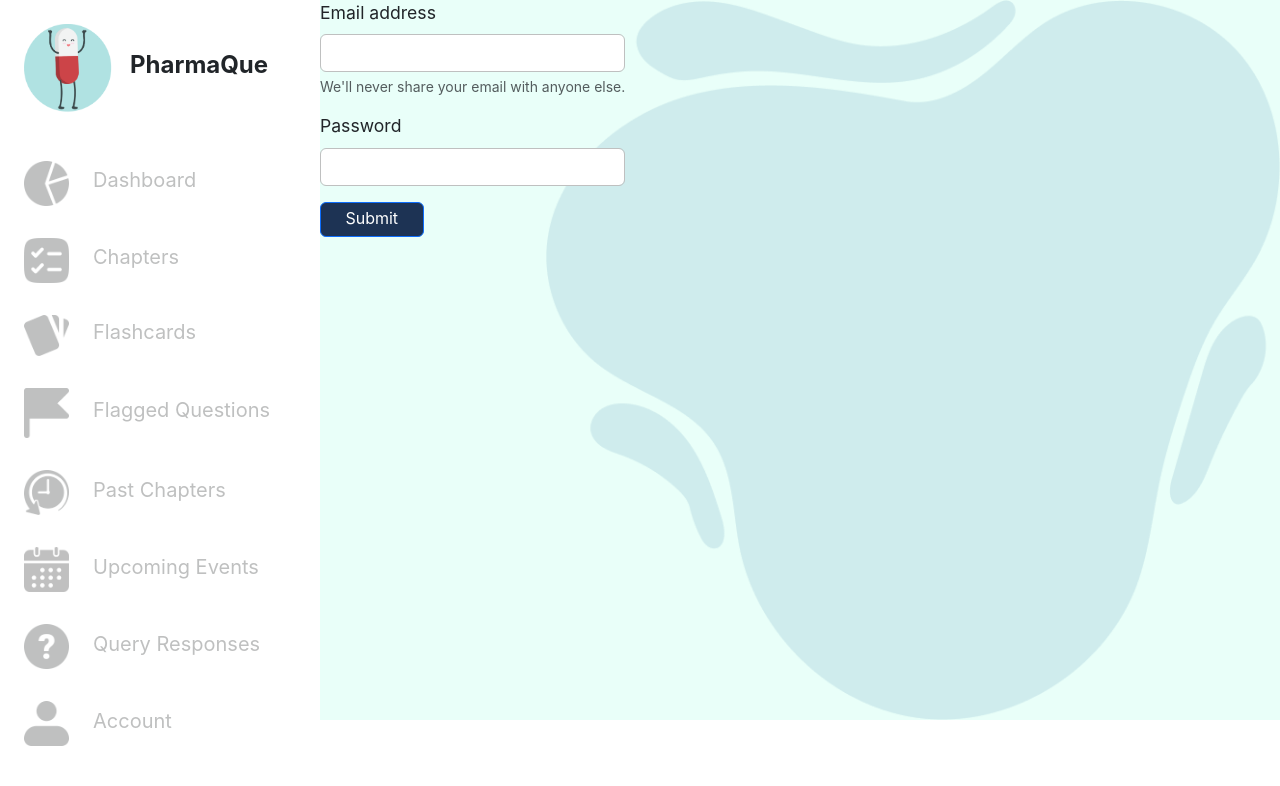
Repository: Kronium345/new_pharmaque_web_app
Page: /chat-room
These files come from the project's save history. The page is drawn as it stood at one moment and after the next save; the edit follows.
The browser window is 1280 px wide. The pictures show the whole page.
The page's requests for data from a server got no answer. The project was rebuilt for these pictures with package versions that can differ from the ones it lists, and the page was loaded fresh each time. No one was signed in, and anything a server would have sent is missing. Also part of the build but not shown: src/pages/Login.js, src/pages/MyAccount.js, src/pages/UpcomingEvents.js, src/pages/UpcomingEvents2.js, src/pages/Chapters.js, src/pages/Dashboard.js, src/pages/FlaggedQuestions.js, src/pages/FlashcardQuestion.js and 33 more.

Above is the page before, as saved 2024-03-10 21:39:42.

### public/index.html
<!DOCTYPE html>
<html lang="en">
  <head>
    <meta charset="utf-8" />
    <link rel="icon" type="image/x-icon" href="images/favicon.ico">
    <link href="https://cdn.jsdelivr.net/npm/bootstrap@5.3.2/dist/css/bootstrap.min.css" rel="stylesheet" integrity="sha384-T3c6CoIi6uLrA9TneNEoa7RxnatzjcDSCmG1MXxSR1GAsXEV/Dwwykc2MPK8M2HN" crossorigin="anonymous">
    <link href="style.css" rel="stylesheet">
    <meta name="viewport" content="width=device-width, initial-scale=1" />
    <meta name="theme-color" content="#000000" />
    <meta
      name="description"
      content="Web site created using create-react-app"
    />
    <link rel="apple-touch-icon" href="%PUBLIC_URL%/logo192.png" />
    <!--
      manifest.json provides metadata used when your web app is installed on a
      user's mobile device or desktop. See https://developers.google.com/web/fundamentals/web-app-manifest/
    -->
    <link rel="manifest" href="%PUBLIC_URL%/manifest.json" />
    <!--
      Notice the use of %PUBLIC_URL% in the tags above.
      It will be replaced with the URL of the `public` folder during the build.
      Only files inside the `public` folder can be referenced from the HTML.

      Unlike "/favicon.ico" or "favicon.ico", "%PUBLIC_URL%/favicon.ico" will
      work correctly both with client-side routing and a non-root public URL.
      Learn how to configure a non-root public URL by running `npm run build`.
    -->
    <title>PharmaQue Web App</title>
  </head>
  <body>
    <noscript>You need to enable JavaScript to run this app.</noscript>
    <div id="root"></div>
    <!--
      This HTML file is a template.
      If you open it directly in the browser, you will see an empty page.

      You can add webfonts, meta tags, or analytics to this file.
      The build step will place the bundled scripts into the <body> tag.

      To begin the development, run `npm start` or `yarn start`.
      To create a production bundle, use `npm run build` or `yarn build`.
    -->

    <script src = "script.js"></script>
  </body>
</html>

### src/App.js
import Login from "./pages/Login";
import MyAccount from "./pages/MyAccount";
import UpcomingEvents from "./pages/UpcomingEvents";
import UpcomingEvents2 from "./pages/UpcomingEvents2";
import Chapters from "./pages/Chapters";
import Dashboard from "./pages/Dashboard";
import FlaggedQuestions from "./pages/FlaggedQuestions";
import FlashcardQuestion from "./pages/FlashcardQuestion";
import Flashcards from "./pages/Flashcards";
import ForgotPassword from "./pages/ForgotPassword";
import ForgotPassword2 from "./pages/ForgotPassword2";
import ForgotPassword3 from "./pages/ForgotPassword3";
import ForgotPassword4 from "./pages/ForgotPassword4";
import ResetPassword from "./pages/ResetPassword";
import PastChapters from "./pages/PastChapters";
import QueryResponses from "./pages/QueryResponses";
import CardioQuestion from "./pages/CardioQuestion";
import Results from "./pages/Results";
import SignUp from "./pages/SignUp";
import SignUp2 from "./pages/SignUp2";
import SignUp3 from "./pages/SignUp3";
import SignUp4 from "./pages/SignUp4";
import SignUp5 from "./pages/SignUp5";
// import QuizView from './pages/QuizView/QuizView';
// import ScoreView from './pages/ScoreView/ScoreView';
// import PastChapters from "./pages/PastChapters";

import { BrowserRouter as Router, Route, Routes } from "react-router-dom";
import "./App.css";
import CNSQuestion from "./pages/CNSQuestion";
import InfectionQuestion from "./pages/InfectionQuestion";
import RespiratoryQuestion from "./pages/RespiratoryQuestion";
import EndocrineQuestion from "./pages/EndocrineQuestion";
import AnaesthesiaQuestion from "./pages/AnaesthesiaQuestion";
import SkinQuestion from "./pages/SkinQuestion";
import NBQuestion from "./pages/NBQuestion";
import OphthalmologyQuestion from "./pages/OphthalmologyQuestion";
import MDIQuestion from "./pages/MDIQuestion";
import OGUQuestion from "./pages/OGUQuestion";
import MSKQuestion from "./pages/MSKQuestion";
import IPVQuestion from "./pages/IPVQuestion";
import ChatRoom from "./pages/ChatRoom";

function App() {
  return (
    <Router>
      <Routes>
        <Route exact path="/" Component={Login} />
        <Route path="/myaccount" Component={MyAccount} />
        <Route path="/upcomingevents" Component={UpcomingEvents} />
        <Route path="/upcomingevents2" Component={UpcomingEvents2} />
        <Route path="/chapters" Component={Chapters} />
        <Route path="/dashboard" Component={Dashboard} />
        <Route path="/flaggedquestions" Component={FlaggedQuestions} />
        <Route path="/flashcardquestion" Component={FlashcardQuestion} />
        <Route path="/flashcards" Component={Flashcards} />
        <Route path="/forgotpassword" Component={ForgotPassword} />
        <Route path="/forgotpassword2" Component={ForgotPassword2} />
        <Route path="/forgotpassword3" Component={ForgotPassword3} />
        <Route path="/forgotpassword4" Component={ForgotPassword4} />
        <Route path="/resetpassword/:token" Component={ResetPassword} />
        <Route path="/pastchapters" Component={PastChapters} />
        <Route path="/queryresponses" Component={QueryResponses} />
        <Route path="/cardioquestion" Component={CardioQuestion} />
        <Route path="/cnsquestion" Component={CNSQuestion} />
        <Route path="/infectionquestion" Component={InfectionQuestion} />
        <Route path="/respiratoryquestion" Component={RespiratoryQuestion} />
        <Route path="/endocrinequestion" Component={EndocrineQuestion} />
        <Route path="/anaesthesiaquestion" Component={AnaesthesiaQuestion} />
        <Route path="/skinquestion" Component={SkinQuestion} />
        <Route path="/nbquestion" Component={NBQuestion} />
        <Route
          path="/ophthalmologyquestion"
          Component={OphthalmologyQuestion}
        />
        <Route path="/mdiquestion" Component={MDIQuestion} />
        <Route path="/oguquestion" Component={OGUQuestion} />
        <Route path="/mskquestion" Component={MSKQuestion} />
        <Route path="/ipvquestion" Component={IPVQuestion} />
        <Route path="/results" Component={Results} />
        <Route path="/signup" Component={SignUp} />
        <Route path="/signup2" Component={SignUp2} />
        <Route path="/signup3" Component={SignUp3} />
        <Route path="/signup4" Component={SignUp4} />
        <Route path="/signup5" Component={SignUp5} />
        <Route path="/chat-room" Component={ChatRoom} />
      </Routes>
    </Router>
  );
}

export default App;

### src/pages/ChatRoom.js
// import React from "react";
// import "./chatRoom.scss";

// export default function ChatRoom() {
//   return (
//     <div class="chat">
//       <div class="contact bar">
//         <div class="name">Tony Stark</div>
//         <div class="seen">Today at 12:56</div>
//       </div>
//       <div class="messages" id="chat">
//         {/* <div class="time">Today at 11:41</div> */}
//         <div class="message parker">Hey, man! What's up, Mr Stark? 👋</div>
//         <div class="message stark">Kid, where'd you come from?</div>
//         <div class="message parker">Field trip! 🤣</div>
//         <div class="message parker">
//           Uh, what is this guy's problem, Mr. Stark? 🤔
//         </div>
//         <div class="message stark">
//           Uh, he's from space, he came here to steal a necklace from a wizard.
//         </div>
//       </div>
//       <div class="input">
//         <input placeholder="Type your message here!" type="text" />
//         <button className="btn send-button">Send</button>
//       </div>
//     </div>
//   );
// }

import axios from "axios";
import React, { useEffect } from "react";
import { useNavigate, Link } from "react-router-dom";

import "./chatRoom.scss";

const ChatRoom = () => {
  const navigate = useNavigate("");
  const [joined, setJoined] = React.useState(false);

  axios.defaults.withCredentials = true;
  useEffect(() => {
    axios.get("http://localhost:7171/auth/verify").then((res) => {
      if (res.data.status) {
      } else {
        navigate("/myaccount");
      }
    });
  }, []);

  return (
    <main>
      <div class="container-fluid p-0">
        <div class="row g-0">
          <div class="col-sm-3 leftnavigation p-4">
            <Link class="navbar-brand" to="/flaggedquestions">
              <img src="images/Logo.png" alt="PharmaQue Logo" class="logo1" />
              <span class="fs-4 fw-bold mx-3">PharmaQue</span>
            </Link>
            <Link to="/dashboard" class="removeunderline inactivelink">
              <p class="pt-5 pb-3 m-0">
                <img
                  src="images/DashboardGrey.png"
                  class="navigationicon"
                  alt="navigation"
                />
                <span class="fs-5 navigationoption mx-4">Dashboard</span>
              </p>
            </Link>
            <Link to="/chapters" class="removeunderline inactivelink">
              <p class="py-3 m-0">
                <img
                  src="images/ChaptersGrey.png"
                  class="navigationicon"
                  alt="navigation"
                />
                <span class="fs-5 navigationoption mx-4">Chapters</span>
              </p>
            </Link>
            <Link to="/flashcards" class="removeunderline inactivelink">
              <p class="py-3 m-0">
                <img
                  src="images/FlashcardsGrey.png"
                  class="navigationicon"
                  alt="navigation"
                />
                <span class="fs-5 navigationoption mx-4">Flashcards</span>
              </p>
            </Link>
            <Link to="/flaggedquestions" class="removeunderline inactivelink">
              <p class="py-3 m-0">
                <img
                  src="/images/FlaggedQuestionsGrey.png"
                  class="navigationicon"
                  alt="navigation"
                />
                <span class="fs-5 navigationoption mx-4">
                  Flagged Questions
                </span>
              </p>
            </Link>
            <Link to="/pastchapters" class="removeunderline inactivelink">
              <p class="py-3 m-0">
                <img
                  src="images/PastChaptersGrey.png"
                  class="navigationicon"
                  alt="navigation"
                />
                <span class="fs-5 navigationoption mx-4">Past Chapters</span>
              </p>
            </Link>
            <Link to="/upcomingevents" class="removeunderline inactivelink">
              <p class="py-3 m-0">
                <img
                  src="images/UpcomingEventsGrey.png"
                  class="navigationicon"
                  alt="navigation"
                />
                <span class="fs-5 navigationoption mx-4">Upcoming Events</span>
              </p>
            </Link>
            <Link to="/queryresponses" class="removeunderline inactivelink">
              <p class="py-3 m-0">
                <img
                  src="images/QueryResponsesGrey.png"
                  class="navigationicon"
                  alt="navigation"
                />
                <span class="fs-5 navigationoption mx-4">Query Responses</span>
              </p>
            </Link>
            <Link to="/myaccount" class="removeunderline inactivelink">
              <p class="py-3 m-0">
                <img
                  src="images/AccountGrey.png"
                  class="navigationicon"
                  alt="navigation"
                />
                <span class="fs-5 navigationoption mx-4">Account</span>
              </p>
            </Link>
          </div>
          <div className="col-sm-12 col-md-9">
            {joined ? (
              <div class="chat">
                <div class="contact bar">
                  <div class="name">Tony Stark</div>
                  <div class="seen">Today at 12:56</div>
                </div>
                <div class="messages" id="chat">
                  {/* <div class="time">Today at 11:41</div> */}
                  <div class="message parker">
                    Hey, man! What's up, Mr Stark? 👋
                  </div>
                  <div class="message stark">Kid, where'd you come from?</div>
                  <div class="message parker">Field trip! 🤣</div>
                  <div class="message parker">
                    Uh, what is this guy's problem, Mr. Stark? 🤔
                  </div>
                  <div class="message stark">
                    Uh, he's from space, he came here to steal a necklace from a
                    wizard.
                  </div>
                </div>
                <div class="input">
                  <input placeholder="Type your message here!" type="text" />
                  <button className="btn send-button">Send</button>
                </div>
              </div>
            ) : (
              <div className="mainbg d-flex justify-center ">
                <form>
                  <div class="mb-3">
                    <label for="exampleInputEmail1" class="form-label">
                      Email address
                    </label>
                    <input
                      type="email"
                      class="form-control"
                      id="exampleInputEmail1"
                      aria-describedby="emailHelp"
                    />
                    <div id="emailHelp" class="form-text">
                      We'll never share your email with anyone else.
                    </div>
                  </div>
                  <div class="mb-3">
                    <label for="exampleInputPassword1" class="form-label">
                      Password
                    </label>
                    <input
                      type="password"
                      class="form-control"
                      id="exampleInputPassword1"
                    />
                  </div>

                  <button type="submit" class="btn btn-primary">
                    Submit
                  </button>
                </form>
              </div>
            )}
          </div>
        </div>
      </div>

      <script src="script.js"></script>
    </main>
  );
};

export default ChatRoom;

### src/quiz-styles/reset.css
.mainbg {
    background-image: url("./Blob.png");
    background-repeat: no-repeat;
    background-position: right;
    background-size: contain;
    background-color: #E9FFF9;
    min-height: 100vh;
}

.logo {

    max-width: 100px;
}

.smallicon {
    max-width: 25px;
    max-height: auto;
}

.smallericon {
    max-width: 20px;
    max-height: auto;
}

.tinyicon {
    max-width: 10px;
    max-height: auto;
}

.leftside {
    background-color: white;
    border-top-left-radius: 2%;
    border-bottom-left-radius: 2%;
}

.rightside {
    background-color: #9ED8D8;
    border-top-right-radius: 2%;
    border-bottom-right-radius: 2%;
}

.leftalign {
    text-align: left;
}

.form-label {
    font-size: 1.1rem;
}


.floatright {
    float: right;
}

.link {
    text-decoration: none;
    color: #212529;
}

.link:hover {
    font-weight: bold;
    text-decoration: underline;
}

.btn-primary {
    background-color: #1D3354;
    padding-top: 1%;
    padding-bottom: 2%;
    padding-left: 8%;
    padding-right: 8%;
}

.back {
    padding-left: 0%;
}

.btn-primary:hover {
    background-color: #212529;

}

### public/style.css
body {
  font: Helvetica;
}

.center {
  text-align: center;
}


.logo {

  max-width: 100px;
}

.logo1 {
  max-width: 90px;
}

.icon {
  max-width: 80px;
}

.midsizeicon {
  max-width: 70px;
}

.littlemidsizeicon {
  max-width: 60px;
}

.mediumicon {
  max-width: 40px;
}

.moderateicon {
  max-width: 30px;
}

.inline {
  display: inline !important;
}

.mainbg {
  background-image: url(images/Blob.png);
  background-repeat: no-repeat;
  background-position: right;
  background-size: contain;
  background-color: #E9FFF9;
}

.smallicon {
  max-width: 25px;
  max-height: auto;
}

.smallericon {
  max-width: 20px;
  max-height: auto;
}

.tinyicon {
  max-width: 10px;
  max-height: auto;
}

.leftside {
  background-color: white;
  border-top-left-radius: 2%;
  border-bottom-left-radius: 2%;
}

.rightside {
  background-color: #9ED8D8;
  border-top-right-radius: 2%;
  border-bottom-right-radius: 2%;
}

.leftalign {
  text-align: left;
}

.form-label {
  font-size: 1.1rem;
}


.floatright {
  float: right;
}

.link {
  text-decoration: none;
  color: #212529;
}

.link:hover {
  font-weight: bold;
  text-decoration: underline;
}

.btn-primary {
  background-color: #1D3354;
  padding-top: 1%;
  padding-bottom: 2%;
  padding-left: 8%;
  padding-right: 8%;
}

.back {
  padding-left: 0%;
}

.btn-primary:hover {
  background-color: #212529;

}

@media only screen and (max-width: 576px) {

  .leftside {
    background-color: white;
    border-top-left-radius: 2%;
    border-top-right-radius: 2%;

    border-bottom-left-radius: 0%;
    border-bottom-right-radius: 0%;

  }

  .rightside {
    background-color: #9ED8D8;
    border-bottom-left-radius: 2%;
    border-bottom-right-radius: 2%;

    border-top-left-radius: 0%;
    border-top-right-radius: 0%;
  }

  .back {
    padding-left: 0%;
    float: left !important;
    margin-top: 0% !important;
  }

}

.leftnavigation {
  background-color: #FFFFFF;
  min-height: 100vh;
}

.maincontent {
  background-color: #A9E2E2;
  min-height: 100vh;
}

.navigationicon {
  max-width: 45px;
  display: inline;
}

.navigationoption {
  display: inline;

}

.removeunderline {
  text-decoration: none;
}

.removeunderline:hover {
  text-decoration: underline;
}

.activelink {
  color: #1D3354;
}

.activelink:hover {
  color: #1D3354;
  font-weight: bold;
}

.inactivelink {
  color: #BFC0C0;
}

.inactivelink:hover {
  color: #BFC0C0;
  font-weight: bold;
}

.navybluetext {
  color: #1D3354;
}

.greytext {
  color: #475467;
}

.card {
  border: 0px;
}

.circular-progress {

  --size: 240px;
  --half-size: calc(var(--size) / 2);
  --stroke-width: 30px;
  --radius: calc((var(--size) - var(--stroke-width)) / 2);
  --circumference: calc(var(--radius) * pi * 2);
  --dash: calc((var(--progress) * var(--circumference)) / 100);
  animation: progress-animation 1s linear 0s 1 forwards;
}

.circular-progress circle {
  cx: var(--half-size);
  cy: var(--half-size);
  r: var(--radius);
  stroke-width: var(--stroke-width);
  fill: none;
  stroke-linecap: round;
}

.circular-progress circle.bg {
  stroke: #ddd;
}

.circular-progress circle.fg {
  transform: rotate(-90deg);
  transform-origin: var(--half-size) var(--half-size);
  stroke-dasharray: var(--dash) calc(var(--circumference) - var(--dash));
  transition: stroke-dasharray 0.3s linear 0s;
  stroke: #1D3354;
}

@property --progress {
  syntax: "<number>";
  inherits: false;
  initial-value: 0;
}

@keyframes progress-animation {
  from {
    --progress: 0;
  }

  to {
    --progress: 25;
  }
}

.borderbottom {
  border-bottom: 1px solid #BFC0C0;
}

.bordertop {
  border-top: 1px solid #BFC0C0;
}

.halveopacity {
  opacity: 50%;
}

.navybluebg {
  background-color: #1D3354;
}

.whitetext {
  color: #FFFFFF;
}

.borderradius {
  border-radius: 10px;
}

.form-control {
  border-right: solid 1px #1D3354;
  border-top: solid 1px #1D3354;
  border-bottom: solid 1px #1D3354;
  border-left: 0px;
}

.input-group-text {
  background-color: #FFFFFF;
  border-left: solid 1px #1D3354;
  border-top: solid 1px #1D3354;
  border-bottom: solid 1px #1D3354;
  border-right: 0px;
}

.mediumbluebg {
  background-color: #4A5C76;
}

.whitebg {
  background-color: #FFFFFF;
}

.pseudobutton {
  border-radius: 6px;
  max-width: 158px;
}

.redtext {
  color: #E0243C;
}

.mediumbluetext {
  color: #467599;
}

.btn-secondary {
  width: 50%;
  border: 1px solid #BFC0C0;
  border-radius: 10px;
  background-color: #FFFFFF;
  text-align: left;
  color: #1D3354;
}

.btn-secondary:hover {
  width: 50%;
  border: 1px solid #999A9A;
  border-radius: 10px;
  background-color: #DDDDDD;
  text-align: left;
  color: #1D3354;
}

.btn-deactivated {
  background-color: #BFC0C0;
  color: #FFFFFF;
}


.btn-deactivated:hover {
  background-color: #999A9A;
  color: #FFFFFF;
}

.fitcontent {
  width: fit-content;
}

.form-control {
  border: solid 1px #BFC0C0;
}

.aligntop {
  vertical-align: top;
}

.buttonstyle {
  background-color: transparent;
  border: none;
  padding: 0px;
  margin: 0px;
}

.navybluebg {
  background-color: #1D3354;
}

.frontcardbg {
  background-color: #D9D9D9;
  border-radius: 10px;

}

.flipbutton {
  background-color: transparent;
  border: none;
}

.backcardbg {
  background-color: #1D3354;
  border-radius: 10px;
  transform: rotateY(180deg);
  position: absolute;
  width: 100%;
}

.maincard {
  transform-style: preserve-3d;
  transform-origin: center right;
  transition: all 0.5s;
}

.bothcards {
  backface-visibility: hidden;
}

.flipped {
  transform: translateX(-100%) rotateY(-180deg);
}

.hide {
  display: none;
}

.rotate {
  transform: rotate(180deg);
}

.lightgrey {
  background-color: #D2D6DD;
  border-radius: 8px;

}

.addeventbutton {
  background-color: transparent;
  border: none;
}

.floatleft {
  float: left;
}

.btn-tertiary {
  background-color: #4A5C76;
  color: #FFFFFF;
  border-radius: 10px;
  width: 25%;
  border: 0px;
}

.btn-tertiary:hover {
  background-color: #313d4e;
  color: #FFFFFF;
}

.mediumnavytext {
  color: #4A5C76;
}

.btn-outline-secondary {
  background-color: #4A5C76;
  color: #FFFFFF;
  border-radius: 0px 10px 10px 0px;
}

.btn-outline-secondary:hover {
  background-color: #313d4e;
  color: #FFFFFF;
}

.form-select {
  border: 1px solid #BFC0C0;
}

.progress {
  background-color: #FFFFFF;
}

.progress-bar {
  background-color: #1D3354;
}

.form-check {
  background-color: #FFFFFF;
  border: solid 1.5px #BFC0C0;
  border-radius: 10px;
}


.form-check-input {
  float: right !important;
  border: 1.5px solid #1D3354;

}

.form-check-input:checked {
  background-color: #1D3354;
  border-color: #1D3354;
}


input[type="radio"]:checked+label {
  border: 4px solid #1D3354;
  border-radius: 50%;
}

.pointercursor {
  cursor: pointer;
}

.verticalcenter {
  display: flex;
  align-items: center;
}

.halfopacity {
  opacity: 50%;
}

.fullborder {
  border: 1px solid #BFC0C0;
  border-radius: 10px;
}

.checkboxsize {
  width: 16px;
  height: 16px;
  accent-color: #1D3354;
}

.flip-card {
  background-color: transparent;
  width: 100%;
  height: 100%;
  border-radius: 10px;
  z-index: 10000;
}

.flip-card-inner {
  position: relative;
  width: 100%;
  min-height: 200px;
  text-align: center;
  transition: transform 0.6s;
  transform-style: preserve-3d;
}

.flip-card-front,
.flip-card-back {
  position: absolute;
  width: 100%;
  -webkit-backface-visibility: hidden;
  backface-visibility: hidden;
}

.flip-card-front {
  background-color: #bbb;
  border-radius: 10px;
  color: black;
}

.flip-card-back {
  background-color: #2980b9;
  color: white;
  transform: rotateY(180deg);
}

### public/script.js
const tile = document.querySelector(".maincard");

tile.addEventListener("click", function () {
  tile.classList.toggle("flipped");
});

function toggleQuestion() {
  var element = document.querySelector(".questionholder");
  element.classList.toggle("hide");

  var x = document.querySelector(".questionshowingtext");
  if (x.innerHTML === "Show Question") {
    x.innerHTML = "Hide Question";
  } else {
    x.innerHTML = "Show Question";
  }

  var y = document.querySelector(".showquestionicon");
  y.classList.toggle("rotate");
}

Loaded but not shown: src/index.js (common file); src/index.css (common file); src/reportWebVitals.js (common file)

After the next save:
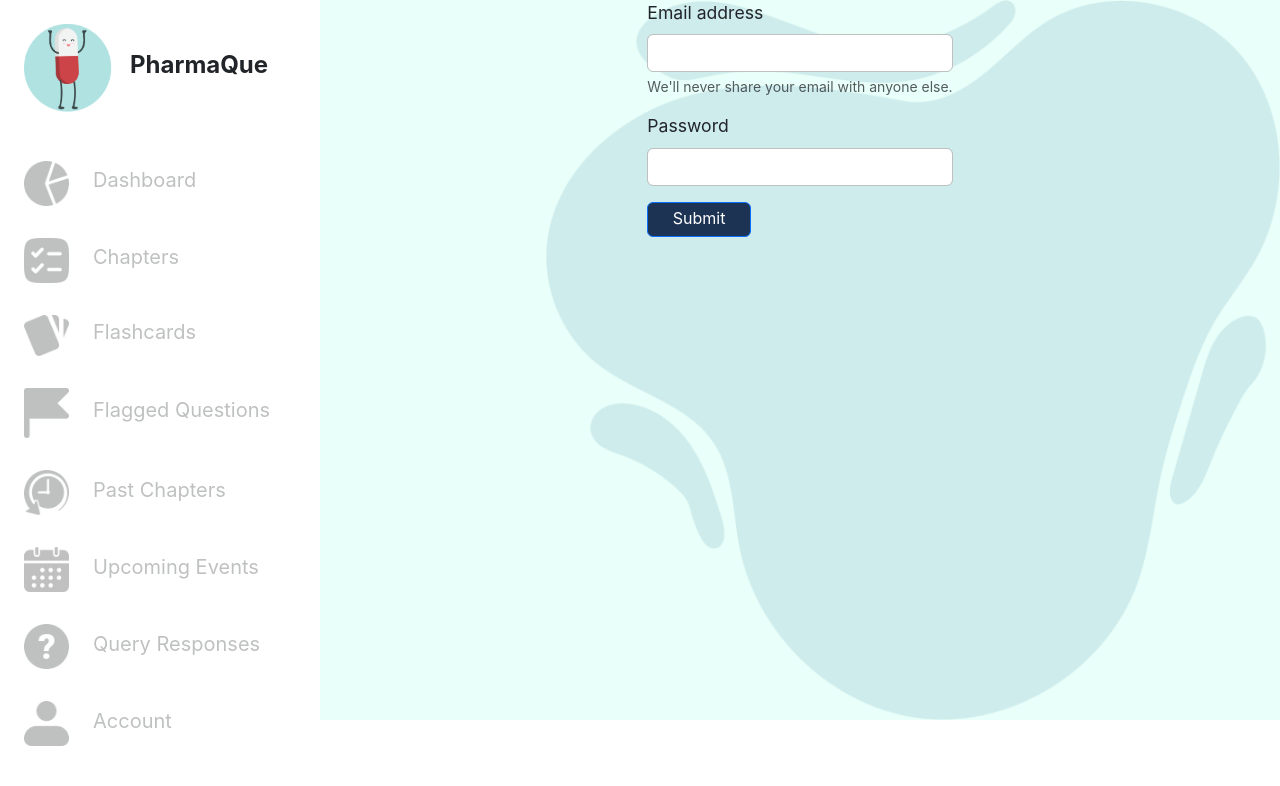
Saved 25 s later.
--- a/src/pages/ChatRoom.js
+++ b/src/pages/ChatRoom.js
@@ -168,7 +168,7 @@ const ChatRoom = () => {
                 </div>
               </div>
             ) : (
-              <div className="mainbg d-flex justify-center ">
+              <div className="mainbg d-flex justify-content-center  ">
                 <form>
                   <div class="mb-3">
                     <label for="exampleInputEmail1" class="form-label">
